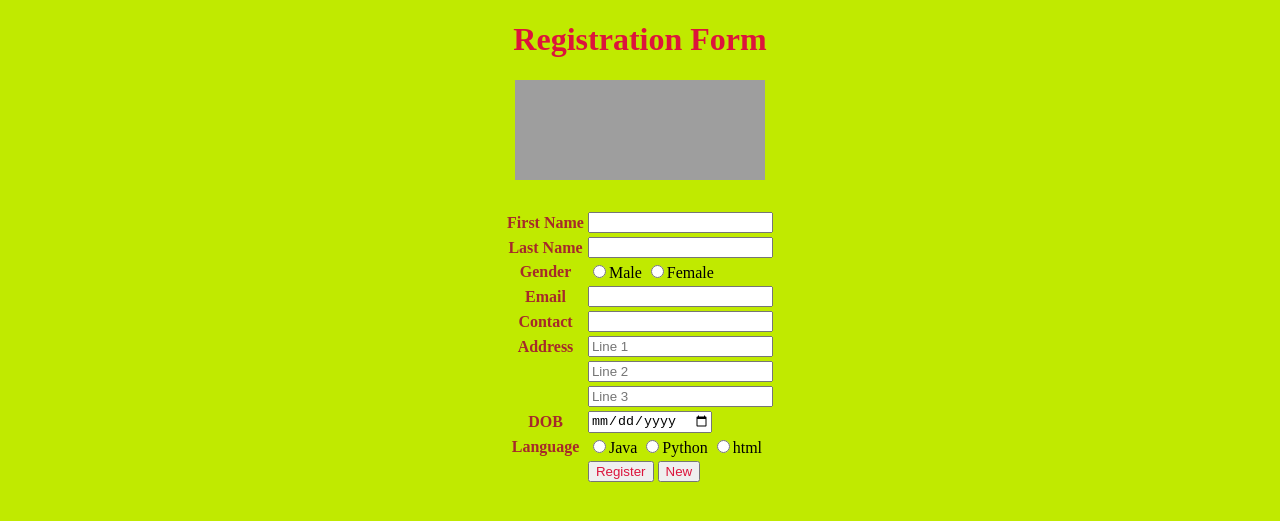
Repository: raviraj226/AdvanceJava
Page: http://localhost/Ravi_Maven/RegistrationForm.jsp
An editor plug-in stored every save of this project. The page is shown before and after the next save, followed by the edit.
The browser window is 1280 px wide. The pictures show the whole page.
Pictures or frames that could not be fetched are drawn as grey boxes. The page is served by Tomcat 9.

Above is the page before, as saved 2022-03-11 10:58:38.

After the next save:
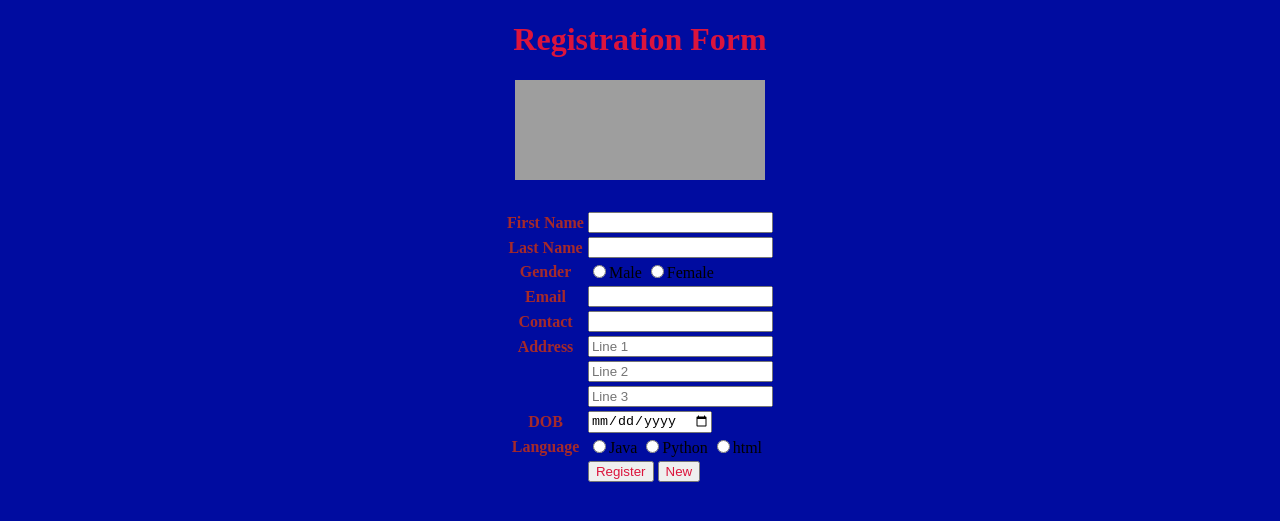
Saved 4 min 1 s later.
--- a/Advance Java/Ravi_Maven/src/main/webapp/RegistrationForm.jsp
+++ b/Advance Java/Ravi_Maven/src/main/webapp/RegistrationForm.jsp
@@ -6,7 +6,7 @@
 <meta charset="ISO-8859-1">
 <title>Insert title here</title>
 </head>
-<body bgcolor="cream">
+<body bgcolor="lightcream">
 <h1 align="center" style="color:crimson;">Registration Form</h1>
     <h1 align="center"><img src="D:\Learning Java\UI\download.png" width="250px" height="100px"></h1>
     <form>

After the save that followed:
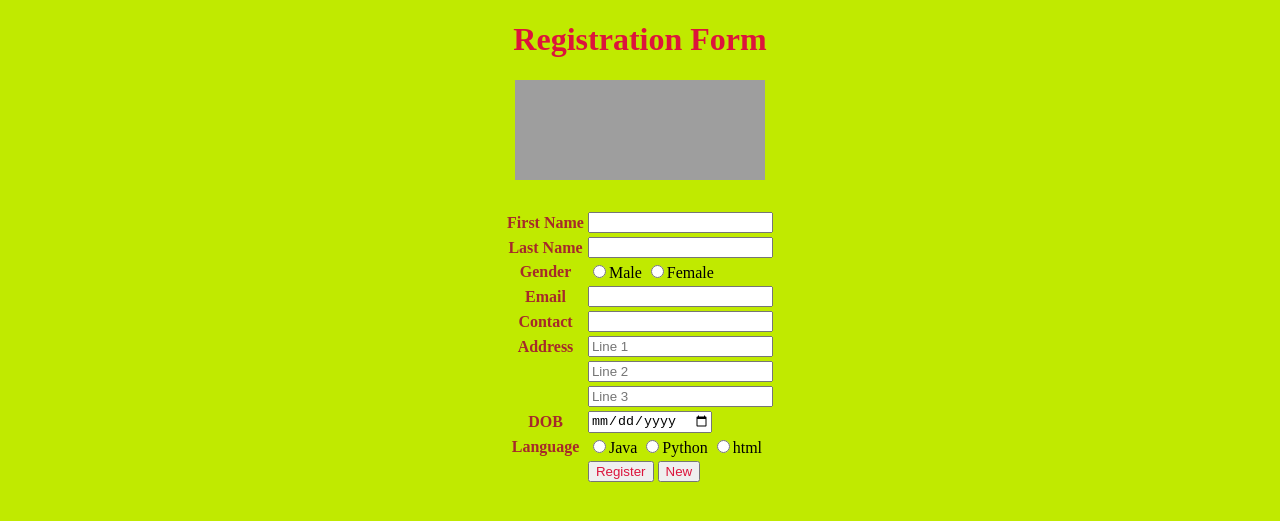
Saved 22 s later.
--- a/Advance Java/Ravi_Maven/src/main/webapp/RegistrationForm.jsp
+++ b/Advance Java/Ravi_Maven/src/main/webapp/RegistrationForm.jsp
@@ -6,7 +6,7 @@
 <meta charset="ISO-8859-1">
 <title>Insert title here</title>
 </head>
-<body bgcolor="lightcream">
+<body bgcolor="cream">
 <h1 align="center" style="color:crimson;">Registration Form</h1>
     <h1 align="center"><img src="D:\Learning Java\UI\download.png" width="250px" height="100px"></h1>
     <form>
